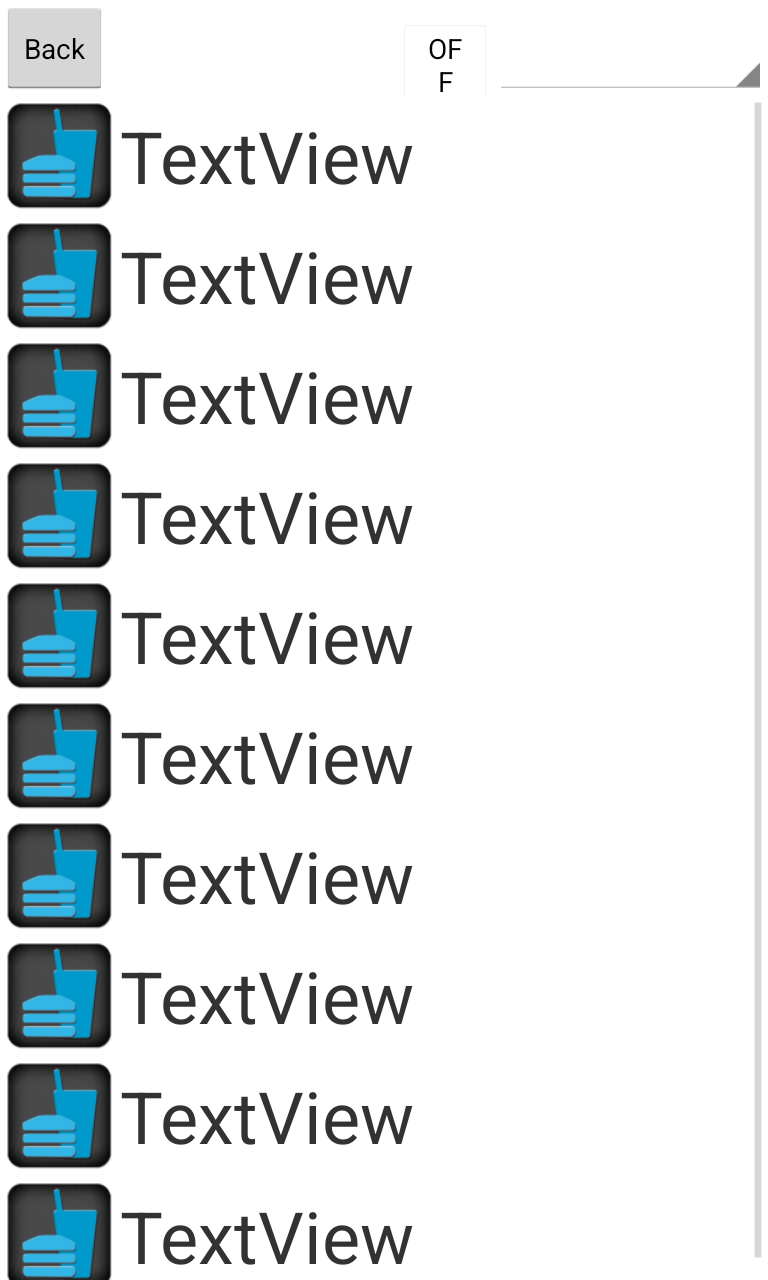
Repository: vitchyr/javoe
Layout: FirstRelease/res/layout/restaurant.xml
These files come from the project's save history. The layout is drawn as it stood at one moment and after the next save; the edit follows.
It is drawn on a 768 x 1280 px phone screen (xhdpi) without system bars, with theme AppTheme; the app's code is not run.

Above is the layout before, as saved 2013-08-18 17:53:26.

### FirstRelease/res/layout/restaurant.xml
<LinearLayout xmlns:android="http://schemas.android.com/apk/res/android"
    android:layout_width="match_parent"
    android:layout_height="fill_parent"
    android:orientation="vertical" >

    <LinearLayout
        android:layout_width="match_parent"
        android:layout_height="48dp" >

        <Button
            android:id="@+id/button1"
            style="?android:attr/buttonStyleSmall"
            android:layout_width="wrap_content"
            android:layout_height="match_parent"
            android:text="Back" />

        <TextView
            android:id="@+id/textView1"
            android:layout_width="144dp"
            android:layout_height="wrap_content" />

        <ToggleButton
            android:id="@+id/toggleButton1"
            android:layout_width="48dp"
            android:layout_height="48dp" />

        <Spinner
            android:id="@+id/spinner1"
            android:layout_width="wrap_content"
            android:layout_height="48dp"
            android:layout_weight="1"
            android:entries="Protein" />

    </LinearLayout>

    <ScrollView
        android:id="@+id/scrollView1"
        android:layout_width="match_parent"
        android:layout_height="match_parent" >

        <LinearLayout
            android:layout_width="match_parent"
            android:layout_height="match_parent"
            android:orientation="vertical" >

            <LinearLayout
                android:layout_width="match_parent"
                android:layout_height="wrap_content"
                android:gravity="center_vertical" >

                <ImageView
                    android:id="@+id/imageView1"
                    android:layout_width="60dp"
                    android:layout_height="60dp"
                    android:src="@drawable/ic_launcher" />

                <TextView
                    android:id="@+id/textView2"
                    android:layout_width="wrap_content"
                    android:layout_height="wrap_content"
                    android:text="TextView"
                    android:textSize="36sp" />

            </LinearLayout>

            <LinearLayout
                android:layout_width="match_parent"
                android:layout_height="wrap_content"
                android:gravity="center_vertical" >

                <ImageView
                    android:id="@+id/imageView2"
                    android:layout_width="60dp"
                    android:layout_height="60dp"
                    android:src="@drawable/ic_launcher" />

                <TextView
                    android:id="@+id/textView3"
                    android:layout_width="wrap_content"
                    android:layout_height="wrap_content"
                    android:text="TextView"
                    android:textSize="36sp" />

            </LinearLayout>

            <LinearLayout
                android:layout_width="match_parent"
                android:layout_height="wrap_content"
                android:gravity="center_vertical" >

                <ImageView
                    android:id="@+id/imageView3"
                    android:layout_width="60dp"
                    android:layout_height="60dp"
                    android:src="@drawable/ic_launcher" />

                <TextView
                    android:id="@+id/textView4"
                    android:layout_width="wrap_content"
                    android:layout_height="wrap_content"
                    android:text="TextView"
                    android:textSize="36sp" />

            </LinearLayout>

            <LinearLayout
                android:layout_width="match_parent"
                android:layout_height="wrap_content"
                android:gravity="center_vertical" >

                <ImageView
                    android:id="@+id/imageView4"
                    android:layout_width="60dp"
                    android:layout_height="60dp"
                    android:src="@drawable/ic_launcher" />

                <TextView
                    android:id="@+id/textView5"
                    android:layout_width="wrap_content"
                    android:layout_height="wrap_content"
                    android:text="TextView"
                    android:textSize="36sp" />

            </LinearLayout>

            <LinearLayout
                android:layout_width="match_parent"
                android:layout_height="wrap_content"
                android:gravity="center_vertical" >

                <ImageView
                    android:id="@+id/imageView5"
                    android:layout_width="60dp"
                    android:layout_height="60dp"
                    android:src="@drawable/ic_launcher" />

                <TextView
                    android:id="@+id/textView6"
                    android:layout_width="wrap_content"
                    android:layout_height="wrap_content"
                    android:text="TextView"
                    android:textSize="36sp" />

            </LinearLayout>

            <LinearLayout
                android:layout_width="match_parent"
                android:layout_height="wrap_content"
                android:gravity="center_vertical" >

                <ImageView
                    android:id="@+id/imageView6"
                    android:layout_width="60dp"
                    android:layout_height="60dp"
                    android:src="@drawable/ic_launcher" />

                <TextView
                    android:id="@+id/textView7"
                    android:layout_width="wrap_content"
                    android:layout_height="wrap_content"
                    android:text="TextView"
                    android:textSize="36sp" />

            </LinearLayout>

            <LinearLayout
                android:layout_width="match_parent"
                android:layout_height="wrap_content"
                android:gravity="center_vertical" >

                <ImageView
                    android:id="@+id/imageView7"
                    android:layout_width="60dp"
                    android:layout_height="60dp"
                    android:src="@drawable/ic_launcher" />

                <TextView
                    android:id="@+id/textView8"
                    android:layout_width="wrap_content"
                    android:layout_height="wrap_content"
                    android:text="TextView"
                    android:textSize="36sp" />

            </LinearLayout>

            <LinearLayout
                android:layout_width="match_parent"
                android:layout_height="wrap_content"
                android:gravity="center_vertical" >

                <ImageView
                    android:id="@+id/imageView8"
                    android:layout_width="60dp"
                    android:layout_height="60dp"
                    android:src="@drawable/ic_launcher" />

                <TextView
                    android:id="@+id/textView9"
                    android:layout_width="wrap_content"
                    android:layout_height="wrap_content"
                    android:text="TextView"
                    android:textSize="36sp" />

            </LinearLayout>

            <LinearLayout
                android:layout_width="match_parent"
                android:layout_height="wrap_content"
                android:gravity="center_vertical" >

                <ImageView
                    android:id="@+id/imageView9"
                    android:layout_width="60dp"
                    android:layout_height="60dp"
                    android:src="@drawable/ic_launcher" />

                <TextView
                    android:id="@+id/textView10"
                    android:layout_width="wrap_content"
                    android:layout_height="wrap_content"
                    android:text="TextView"
                    android:textSize="36sp" />

            </LinearLayout>

            <LinearLayout
                android:layout_width="match_parent"
                android:layout_height="wrap_content"
                android:gravity="center_vertical" >

                <ImageView
                    android:id="@+id/imageView10"
                    android:layout_width="60dp"
                    android:layout_height="60dp"
                    android:src="@drawable/ic_launcher" />

                <TextView
                    android:id="@+id/textView11"
                    android:layout_width="wrap_content"
                    android:layout_height="wrap_content"
                    android:text="TextView"
                    android:textSize="36sp" />

            </LinearLayout>

        </LinearLayout>
    </ScrollView>

</LinearLayout>

Loaded but not shown: FirstRelease/res/values/styles.xml (common file); FirstRelease/res/values-v11/styles.xml (common file); FirstRelease/res/values-v14/styles.xml (common file)

After the next save:
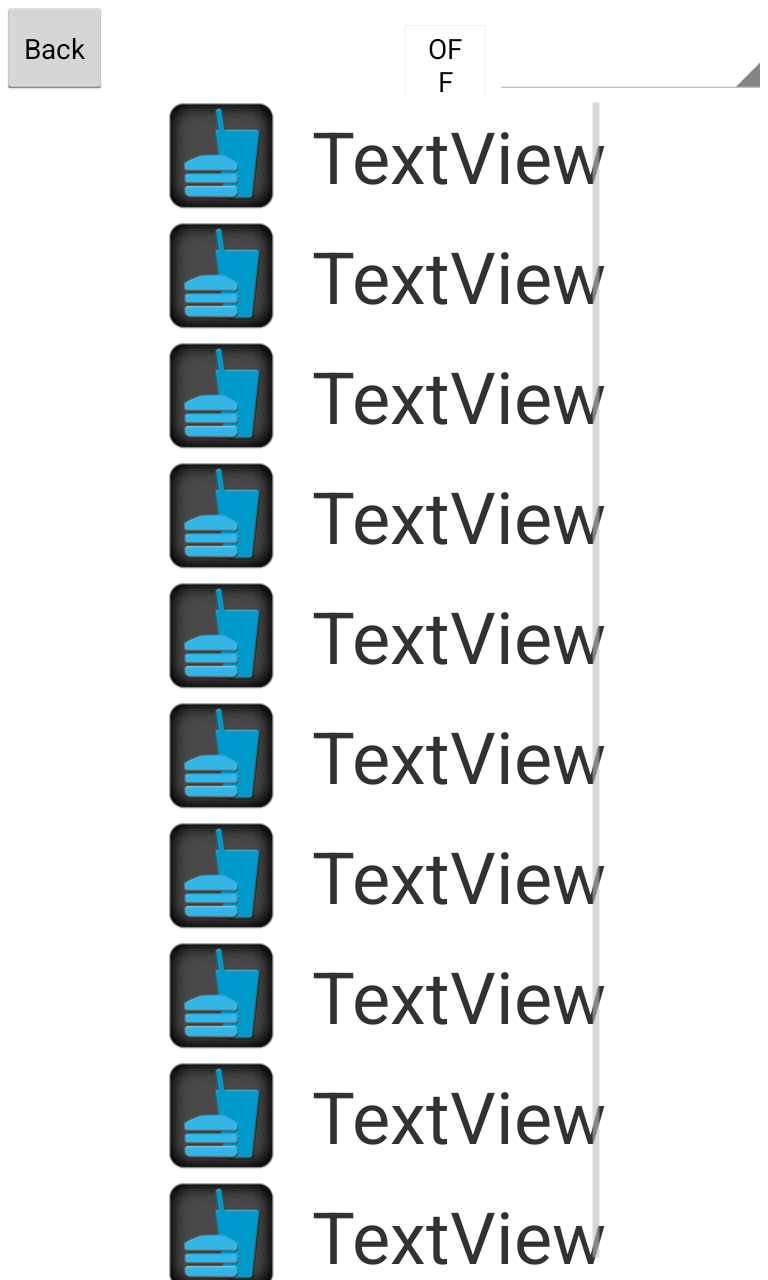
Saved 2 min 8 s later.
--- a/FirstRelease/res/layout/restaurant.xml
+++ b/FirstRelease/res/layout/restaurant.xml
@@ -1,6 +1,7 @@
 <LinearLayout xmlns:android="http://schemas.android.com/apk/res/android"
     android:layout_width="match_parent"
     android:layout_height="fill_parent"
+    android:gravity="center_horizontal"
     android:orientation="vertical" >
 
     <LinearLayout
@@ -35,11 +36,11 @@
 
     <ScrollView
         android:id="@+id/scrollView1"
-        android:layout_width="match_parent"
+        android:layout_width="wrap_content"
         android:layout_height="match_parent" >
 
         <LinearLayout
-            android:layout_width="match_parent"
+            android:layout_width="wrap_content"
             android:layout_height="match_parent"
             android:orientation="vertical" >
 
@@ -58,6 +59,7 @@
                     android:id="@+id/textView2"
                     android:layout_width="wrap_content"
                     android:layout_height="wrap_content"
+                    android:paddingLeft="15dp"
                     android:text="TextView"
                     android:textSize="36sp" />
 
@@ -78,6 +80,7 @@
                     android:id="@+id/textView3"
                     android:layout_width="wrap_content"
                     android:layout_height="wrap_content"
+                    android:paddingLeft="15dp"
                     android:text="TextView"
                     android:textSize="36sp" />
 
@@ -98,6 +101,7 @@
                     android:id="@+id/textView4"
                     android:layout_width="wrap_content"
                     android:layout_height="wrap_content"
+                    android:paddingLeft="15dp"
                     android:text="TextView"
                     android:textSize="36sp" />
 
@@ -118,6 +122,7 @@
                     android:id="@+id/textView5"
                     android:layout_width="wrap_content"
                     android:layout_height="wrap_content"
+                    android:paddingLeft="15dp"
                     android:text="TextView"
                     android:textSize="36sp" />
 
@@ -138,6 +143,7 @@
                     android:id="@+id/textView6"
                     android:layout_width="wrap_content"
                     android:layout_height="wrap_content"
+                    android:paddingLeft="15dp"
                     android:text="TextView"
                     android:textSize="36sp" />
 
@@ -158,6 +164,7 @@
                     android:id="@+id/textView7"
                     android:layout_width="wrap_content"
                     android:layout_height="wrap_content"
+                    android:paddingLeft="15dp"
                     android:text="TextView"
                     android:textSize="36sp" />
 
@@ -178,6 +185,7 @@
                     android:id="@+id/textView8"
                     android:layout_width="wrap_content"
                     android:layout_height="wrap_content"
+                    android:paddingLeft="15dp"
                     android:text="TextView"
                     android:textSize="36sp" />
 
@@ -198,6 +206,7 @@
                     android:id="@+id/textView9"
                     android:layout_width="wrap_content"
                     android:layout_height="wrap_content"
+                    android:paddingLeft="15dp"
                     android:text="TextView"
                     android:textSize="36sp" />
 
@@ -218,6 +227,7 @@
                     android:id="@+id/textView10"
                     android:layout_width="wrap_content"
                     android:layout_height="wrap_content"
+                    android:paddingLeft="15dp"
                     android:text="TextView"
                     android:textSize="36sp" />
 
@@ -238,6 +248,7 @@
                     android:id="@+id/textView11"
                     android:layout_width="wrap_content"
                     android:layout_height="wrap_content"
+                    android:paddingLeft="15dp"
                     android:text="TextView"
                     android:textSize="36sp" />
 
